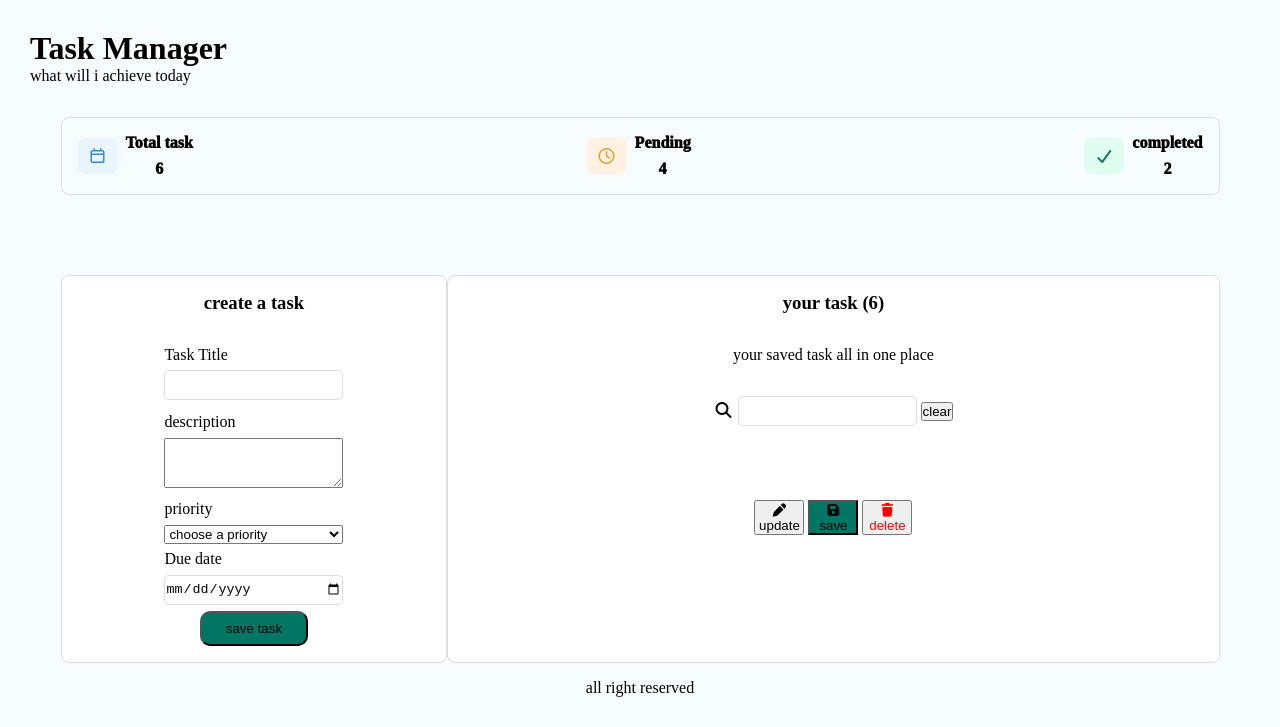
Repository: XDENTERTAINMENT/task-manager-groupwork
Page: index.html
An editor plug-in stored every save of this project. The page is shown before and after a run of saves, followed by the edit.
The browser window is 1280 px wide. The pictures show the whole page.

Above is the page before, as saved 2026-10-30 21:57:33.

After the next 2 saves:
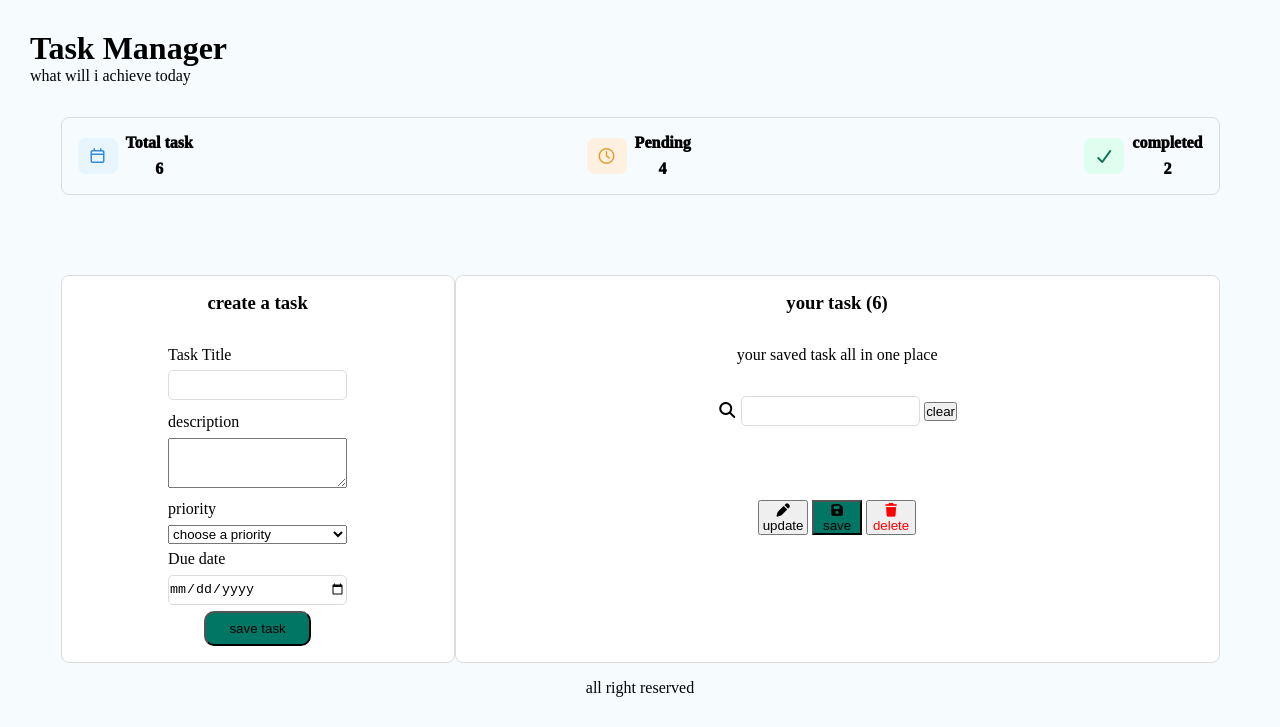
The 2 saves are shown as one change because they came seconds apart.
The last was saved 43 s later.
--- a/style.css
+++ b/style.css
@@ -92,7 +92,7 @@ form {
   border: 1px solid gainsboro;
   padding: 1rem;
   border-radius: 8px;
-  width: 70%;
+  width: 68%;
 }
 
 .create-tax {
